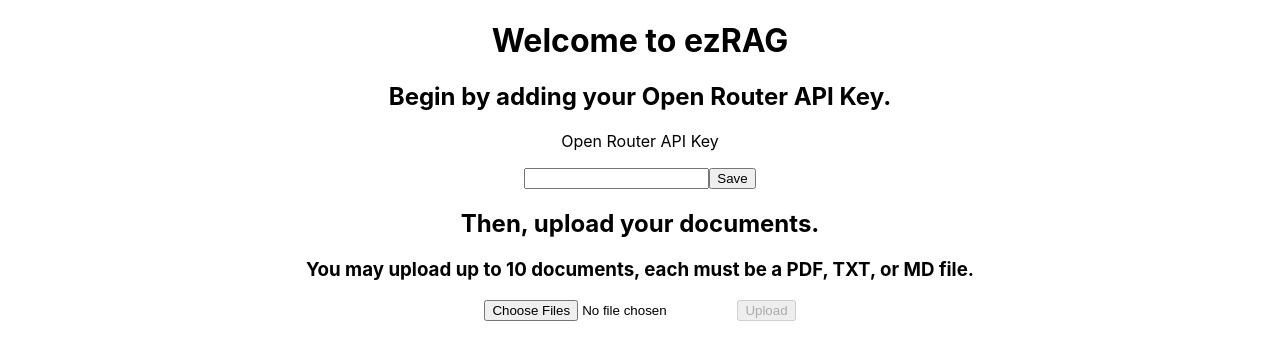
Repository: harrisonthayer04/ezRAG
Page: / (app in ez_rag/)
These files come from the project's save history. The page is drawn as it stood at one moment and after a run of saves; the edit follows.
The browser window is 1280 px wide. The pictures show the whole page.
The project was rebuilt for these pictures with package versions that can differ from the ones it lists, and the page was loaded fresh each time.

Above is the page before, as saved 2025-09-03 19:57:53.

### ez_rag/src/App.tsx
import React from 'react';
import logo from './logo.svg';
import './App.css';
import File_Upload from './components/File_Upload';
import Open_Router from './components/Open_Router';

function App() {
  return (
    <div className="App">
      <h1>Welcome to ezRAG</h1>
      <h2>Begin by adding your Open Router API Key.</h2>
      <Open_Router />

      <h2>Then, upload your documents.</h2>
      <h3>You may upload up to 10 documents, each must be a PDF, TXT, or MD file.</h3>
      <File_Upload />
    </div>
  );
}

export default App;

### ez_rag/src/components/File_Upload.tsx
import { useState } from 'react';

import { embedMany, loadEmbedder } from '../lib/embeddings';
import { chunkByChars } from '../lib/chunk';

export type StoredFileMetadata = {
  id: string;
  name: string;
  size: number;
  type: string;
  lastModified: number;
  text: string;
  error?: string;
};

type VectorRecord = {
  fileId: string;
  chunkIndex: number;
  text: string;
  vector: number[];
}

function makeId(){
  return Date.now().toString(36) + Math.random().toString(36).slice(2,8);
}

const File_Upload: React.FC = () => {
  const [selected, setSelected] = useState<FileList | null>(null);
  const [items, setItems] = useState<StoredFileMetadata[]>([]);
  const [vectors, setVectors] = useState<VectorRecord[]>([]);
  const [loading, setLoading] = useState(false);
  const [error, setError] = useState<string | null>(null);

  async function handleUpload() {
    if (!selected || selected.length === 0) return;
    setLoading(true);
    setError(null);

    try {
      const next: StoredFileMetadata[] = [];

      for (const file of Array.from(selected)) {
        const base = {
          id: makeId(),
          name: file.name,
          size: file.size,
          type: file.type || 'text/plain',
          lastModified: file.lastModified || Date.now(),
        };

        try {
          const lower = file.name.toLowerCase();
          const isTxtOrMd =
            file.type.startsWith('text/') || lower.endsWith('.txt') || lower.endsWith('.md');

          if (!isTxtOrMd) {
            next.push({ ...base, text: '', error: 'Only .txt and .md files are supported.' });
            continue;
          }

          const text = await file.text();
          next.push({ ...base, text });
        } catch (e: any) {
          next.push({ ...base, text: '', error: e?.message || String(e) });
        }
      }

      setItems(next);

      // ----- Build embeddings locally -----
      // Ensure the model is loaded (first call downloads weights, then cached).
      await loadEmbedder();

      // Chunk each successful file and collect all chunks
      const chunks: { fileId: string; chunkIndex: number; text: string }[] = [];
      for (const it of next) {
        if (it.error) continue;
        const parts = chunkByChars(it.text, 1800, 200); // tune sizes as you like
        parts.forEach((t, i) => {
          chunks.push({ fileId: it.id, chunkIndex: i, text: t });
        });
      }

      // Compute embeddings for all chunks
      const embs = await embedMany(chunks.map((c) => c.text));

      // Pair back results for display
      const recs: VectorRecord[] = embs.map((e, i) => ({
        ...chunks[i],
        vector: Array.from(e), // convert Float32Array -> number[] so we can stringify/display
      }));

      setVectors(recs);
    } catch (e: any) {
      setError(e?.message || String(e));
    } finally {
      setLoading(false);
    }
  }

  return (
    <div>
      <div>
        <input
          type="file"
          id="files"
          multiple
          accept=".txt,.md,text/plain,text/markdown"
          onChange={(e) => setSelected(e.target.files)}
        />
        <button onClick={handleUpload} disabled={loading || !selected || selected.length === 0}>
          {loading ? 'Processing…' : 'Upload'}
        </button>
      </div>

      {error && <p>{error}</p>}

      {/* File metadata + text */}
      <div>
        {items.map((it) => (
          <div key={it.id}>
            <div>
              <strong>{it.name}</strong>
            </div>
            <div>Size: {(it.size / 1024).toFixed(1)} KB</div>
            <div>Type: {it.type || 'unknown'}</div>
            <div>Last Modified: {new Date(it.lastModified).toLocaleString()}</div>
            {it.error ? (
              <div>Error: {it.error}</div>
            ) : (
              <pre style={{ whiteSpace: 'pre-wrap' }}>{it.text}</pre>
            )}
            <hr />
          </div>
        ))}
      </div>

      {/* Embeddings per file (chunked) */}
      {vectors.length > 0 && (
        <div>
          <h3>Embeddings</h3>
          {items.map((file) => {
            const rows = vectors.filter((v) => v.fileId === file.id);
            if (rows.length === 0) return null;
            return (
              <div key={`vec-${file.id}`}>
                <div>
                  <strong>{file.name}</strong> — {rows.length} chunk(s)
                </div>
                {rows.map((r) => (
                  <div key={`${r.fileId}-${r.chunkIndex}`}>
                    <div>
                      Chunk {r.chunkIndex} • dim {r.vector.length}
                    </div>
                    <pre style={{ whiteSpace: 'pre-wrap' }}>
                      {JSON.stringify(r.vector.slice(0, 8))}{r.vector.length > 8 ? ' …' : ''}
                    </pre>
                    <hr />
                  </div>
                ))}
              </div>
            );
          })}
        </div>
      )}
    </div>
  );
};

export default File_Upload

### ez_rag/src/components/Open_Router.tsx
import React from 'react'

const Open_Router = () => {
  return (
    <div>
    <p>Open Router API Key</p>
    <input type="text" />
    <button>Save</button>
    </div>
  )

}

export default Open_Router

### ez_rag/src/lib/embeddings.ts
import { pipeline, env } from "@xenova/transformers";

// Offline/local setup (served from CRA public/ as /models)
env.allowLocalModels = true;
env.allowRemoteModels = false;
env.localModelPath = '/models';

let extractorPromise: Promise<any> | null = null;

export function loadEmbedder(model = 'bge-small-en-v1.5'){
    if (!extractorPromise){
        extractorPromise = pipeline('feature-extraction', model, {
            quantized: true,
            local_files_only: true,
        });
    }
    return extractorPromise;
}

function toFloat32Array(out: any): Float32Array {
    if (out == null) throw new Error('Empty embedding output');

    // Transformers.js may return a Tensor-like object with .data
    if (out.data) {
        const d = out.data;
        return d instanceof Float32Array ? d : new Float32Array(d);
    }

    if (out instanceof Float32Array) return out;
    if (Array.isArray(out)) return new Float32Array(out);
    if (ArrayBuffer.isView(out)) {
        return new Float32Array(out.buffer, out.byteOffset, out.byteLength / Float32Array.BYTES_PER_ELEMENT);
    }

    throw new Error('Unexpected embedding output format');
}

export async function embedOne(text: string): Promise<Float32Array>{
    const extractor = await loadEmbedder();
    const out = await extractor(text, { pooling: 'mean', normalize: true });
    return toFloat32Array(out);
}

export async function embedMany(texts: string[]): Promise<Float32Array[]> {
    const extractor = await loadEmbedder();
    const results: Float32Array[] = [];
    for (const t of texts){
        const out = await extractor(t, { pooling: 'mean', normalize: true });
        results.push(toFloat32Array(out));
    }
    return results;
}

export function cosineSimilarity(a: Float32Array, b: Float32Array): number{
    let dot = 0, na = 0, nb = 0;
    for (let i = 0; i < a.length; i++){
        const ai = a[i], bi = b[i];
        dot += ai * bi; na += ai * ai; nb += bi * bi;
    }
    return dot / (Math.sqrt(na) * Math.sqrt(nb));
}

### ez_rag/src/lib/chunk.ts
export function chunkByChars(
    text: string,
    maxChars = 1800,
    overlap = 200
): string[]{
    const clean = text.replace(/\s+\n/g, '\n').trim();
    if (clean.length <= maxChars) return [clean];

    const chunks: string[] = [];
    let i = 0;
    while (i < clean.length){
        const end = Math.min(i + maxChars, clean.length);
        let slice = clean.slice(i, end);

        const lastStop = Math.max(
            slice.lastIndexOf(". "),
            slice.lastIndexOf("? "),
            slice.lastIndexOf("! "),
        );
        if (end < clean.length && lastStop > maxChars * 0.6){
            slice = slice.slice(0, lastStop + 1);
        }
        chunks.push(slice);
        if (end >= clean.length) break;
        i += Math.max(1, slice.length - overlap)
    }
    return chunks;
}

Loaded but not shown: ez_rag/public/index.html (common file); ez_rag/src/index.js (common file); ez_rag/src/index.css (common file); ez_rag/src/reportWebVitals.js (common file); ez_rag/src/App.css (common file)

After the next 2 saves:
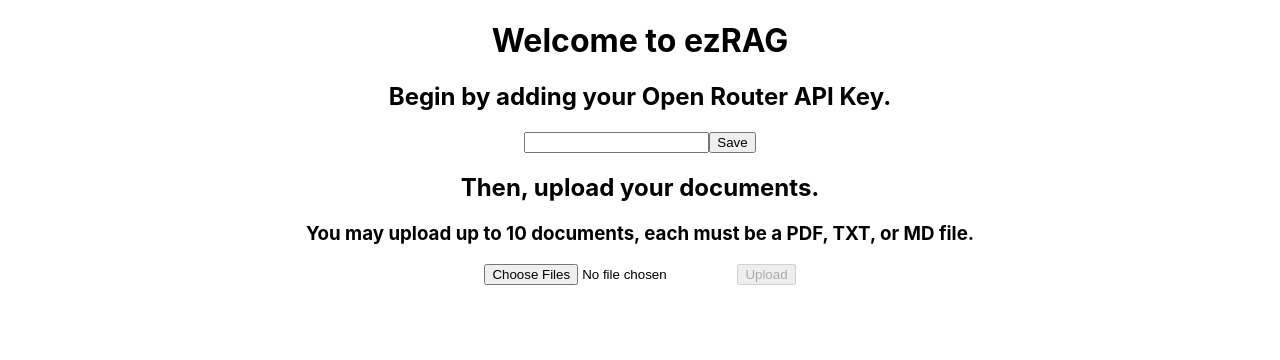
The 2 saves are shown as one change because they came seconds apart.
The last was saved 17 s later.
--- a/ez_rag/src/components/Open_Router.tsx
+++ b/ez_rag/src/components/Open_Router.tsx
@@ -3,8 +3,7 @@ import React from 'react'
 const Open_Router = () => {
   return (
     <div>
-    <p>Open Router API Key</p>
-    <input type="text" />
+    <input label="Open Router API Key" type="text" />
     <button>Save</button>
     </div>
   )
